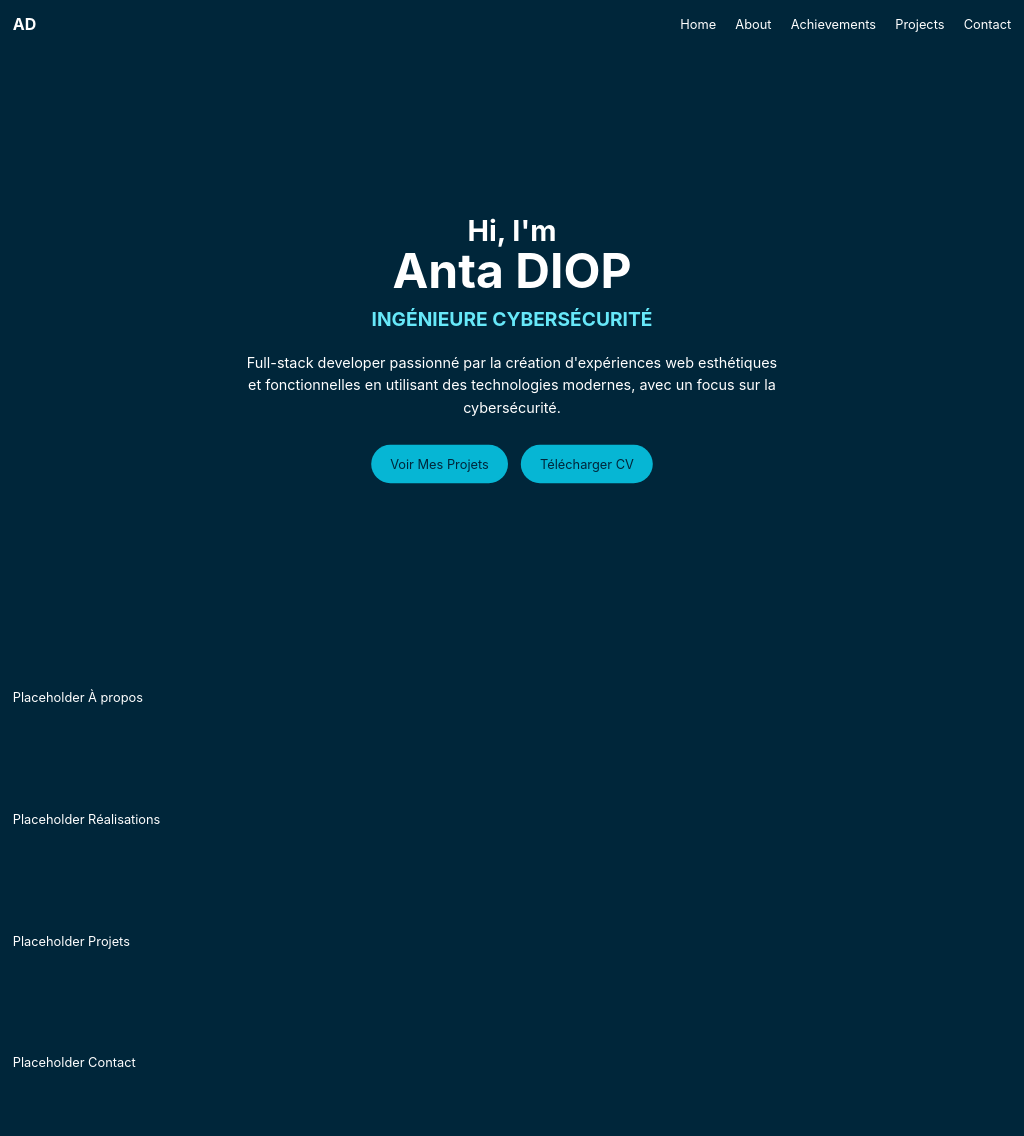
Repository: AntaaaKD/Mon-Portfolio
Page: /
The author's editor kept a copy of each file at every save. The page is drawn from the files as they stood at one save, then again after a run of saves.
The browser window is 1280 px wide. The pictures show the whole page, at 80% of full size.
The project was rebuilt for these pictures with package versions that can differ from the ones it lists, and the page was loaded fresh each time.

Above is the page before, as saved 2026-01-14 18:33:00.

### src/App.js
import React from 'react';
import Navbar from './components/Navbar';
import Home from './components/Home';  // Ajoute cet import

function App() {
  return (
    <div className="min-h-screen bg-custom-blue text-white">
      <Navbar />
      <main className="container mx-auto p-4">
        <Home />  {/* Remplace le placeholder */}
        <section id="about" className="py-16">Placeholder À propos</section>
        <section id="achievements" className="py-16">Placeholder Réalisations</section>
        <section id="projects" className="py-16">Placeholder Projets</section>
        <section id="contact" className="py-16">Placeholder Contact</section>
      </main>
    </div>
  );
}

export default App;

### src/components/Navbar.jsx
import React, { useState, useEffect } from 'react';

const Navbar = () => {
  const [scrolled, setScrolled] = useState(false);

  useEffect(() => {
    const handleScroll = () => {
      if (window.scrollY > 50) {
        setScrolled(true);
      } else {
        setScrolled(false);
      }
    };

    window.addEventListener('scroll', handleScroll);
    return () => window.removeEventListener('scroll', handleScroll);
  }, []);

  return (
    <nav
        className={`p-4 sticky top-0 z-10 transition-all duration-300 ${
            scrolled
            ? 'bg-custom-blue bg-opacity-0 backdrop-blur-md'  // Semi-transparent (30%) + blur fort
            : 'bg-custom-blue'  // Bleu solide au top
        }`}
    >
        <div className="container mx-auto flex justify-between items-center">
            <h1 className="text-xl font-bold text-blue">AD</h1>
            <ul className="flex space-x-6 text-white">
            <li><a href="#home" className="hover:text-cyan-300">Home</a></li>
            <li><a href="#about" className="hover:text-cyan-300">About</a></li>
            <li><a href="#achievements" className="hover:text-cyan-300">Achievements</a></li>
            <li><a href="#projects" className="hover:text-cyan-300">Projects</a></li>
            <li><a href="#contact" className="hover:text-cyan-300">Contact</a></li>
            </ul>
        </div>
    </nav>
  );
};

export default Navbar;

### src/components/Home.jsx
import React from 'react';

const Home = () => {
  return (
    <section id="home" className="flex flex-col items-center justify-center h-screen text-center px-4">
      <h1 className="text-4xl font-bold"> Hi, I'm</h1><h1 className="text-6xl font-bold bg-text-blue mb-4">Anta DIOP</h1>
      <h2 className="text-2xl font-bold text-cyan-300 mb-6">INGÉNIEURE CYBERSÉCURITÉ</h2>
      <p className="text-lg mb-8 max-w-2xl">Full-stack developer passionné par la création d'expériences web esthétiques et fonctionnelles en utilisant des technologies modernes, avec un focus sur la cybersécurité.</p>
      <div className="flex space-x-4">
        <a href="#projects" className="bg-cyan-500 text-custom-blue px-6 py-3 rounded-full hover:bg-cyan-400 transition">Voir Mes Projets</a>
        <a href="/cv.pdf" download className="bg-cyan-500 text-custom-blue px-6 py-3 rounded-full hover:bg-cyan-400 transition">Télécharger CV</a>
      </div>
    </section>
  );
};

export default Home;

### tailwind.config.js
/** @type {import('tailwindcss').Config} */
module.exports = {
  content: [
    "./src/**/*.{js,jsx,ts,tsx}",
  ],
  theme: {
    extend: {
      colors: {
        'custom-blue': 'rgb(0, 38, 58)',  // Ton bleu exact ici
        // 'text-blue': 'rgb(0, 128, 194)',
      },
    },
  },
  plugins: [],
};

Loaded but not shown: public/index.html (common file); src/index.js (common file); src/index.css (common file); src/reportWebVitals.js (common file)

After the next 8 saves:
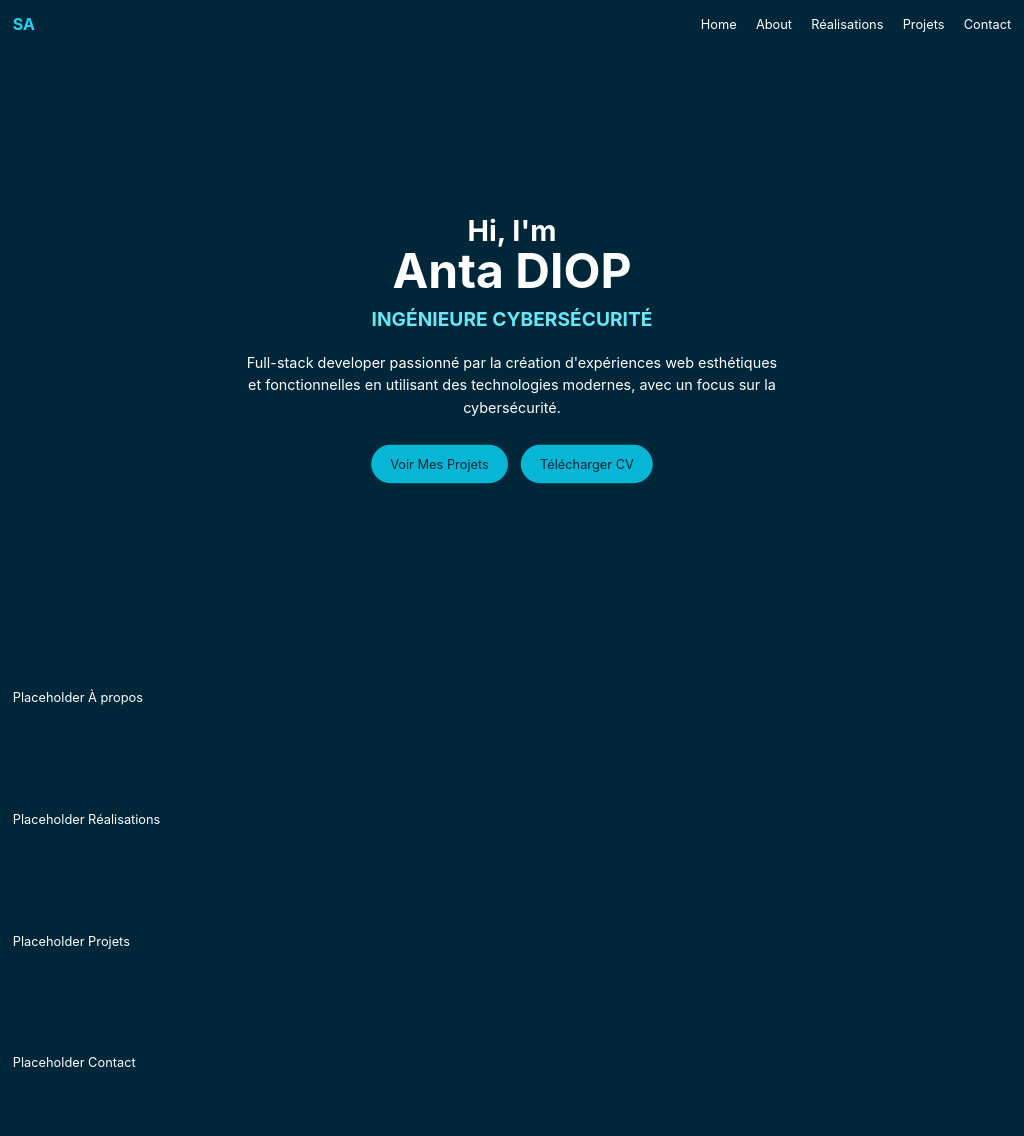
The 8 saves are shown as one change because they came seconds apart.
The last was saved 26 s later.
--- a/src/components/Navbar.jsx
+++ b/src/components/Navbar.jsx
@@ -25,12 +25,12 @@
         }`}
     >
         <div className="container mx-auto flex justify-between items-center">
-            <h1 className="text-xl font-bold text-blue">AD</h1>
+            <h1 className="text-xl font-bold text-cyan-400">SA</h1>
             <ul className="flex space-x-6 text-white">
             <li><a href="#home" className="hover:text-cyan-300">Home</a></li>
             <li><a href="#about" className="hover:text-cyan-300">About</a></li>
-            <li><a href="#achievements" className="hover:text-cyan-300">Achievements</a></li>
-            <li><a href="#projects" className="hover:text-cyan-300">Projects</a></li>
+            <li><a href="#achievements" className="hover:text-cyan-300">Réalisations</a></li>
+            <li><a href="#projects" className="hover:text-cyan-300">Projets</a></li>
             <li><a href="#contact" className="hover:text-cyan-300">Contact</a></li>
             </ul>
         </div>

After the save that followed:
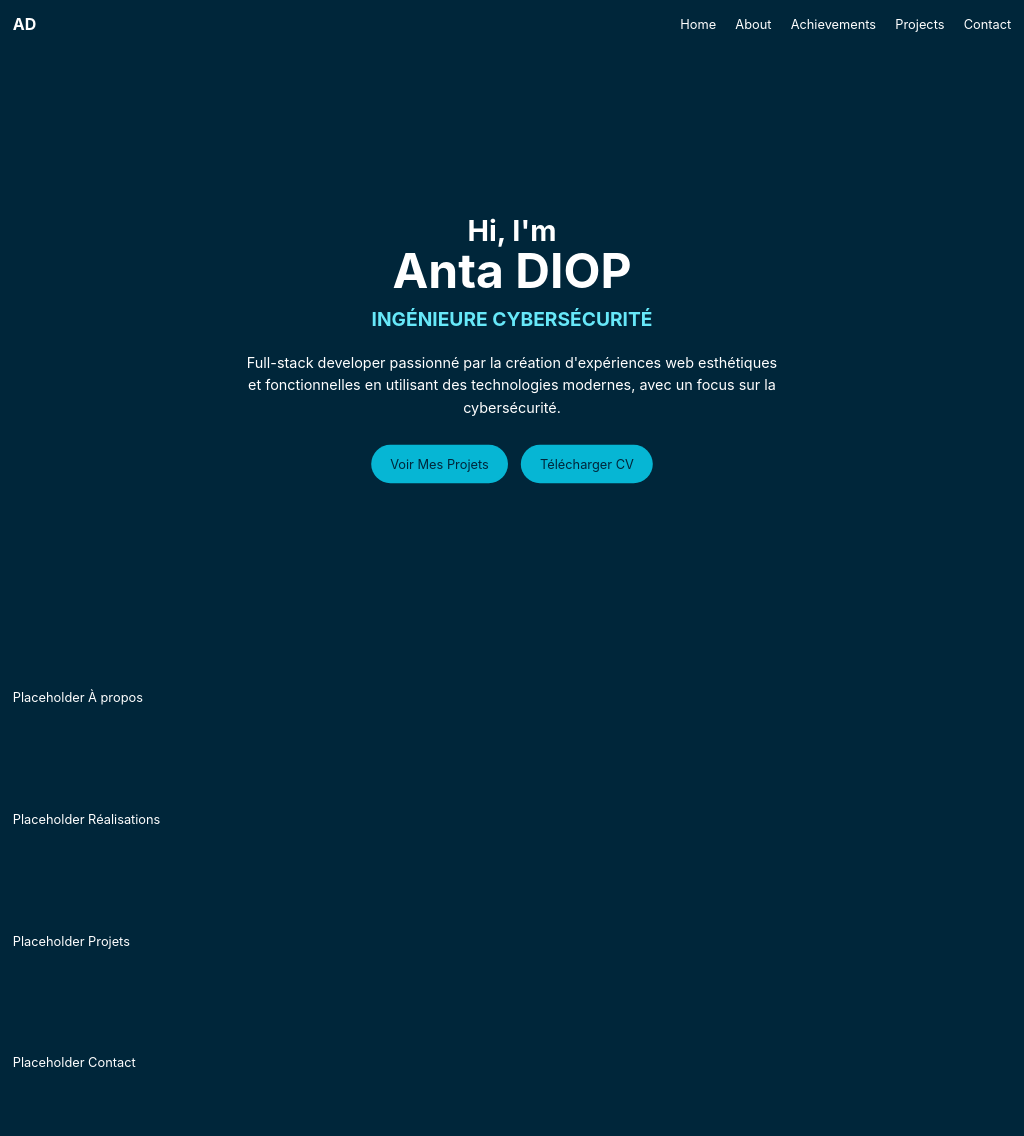
Saved 5 s later.
--- a/src/components/Navbar.jsx
+++ b/src/components/Navbar.jsx
@@ -25,12 +25,12 @@
         }`}
     >
         <div className="container mx-auto flex justify-between items-center">
-            <h1 className="text-xl font-bold text-cyan-400">SA</h1>
+            <h1 className="text-xl font-bold text-blue">AD</h1>
             <ul className="flex space-x-6 text-white">
             <li><a href="#home" className="hover:text-cyan-300">Home</a></li>
             <li><a href="#about" className="hover:text-cyan-300">About</a></li>
-            <li><a href="#achievements" className="hover:text-cyan-300">Réalisations</a></li>
-            <li><a href="#projects" className="hover:text-cyan-300">Projets</a></li>
+            <li><a href="#achievements" className="hover:text-cyan-300">Achievements</a></li>
+            <li><a href="#projects" className="hover:text-cyan-300">Projects</a></li>
             <li><a href="#contact" className="hover:text-cyan-300">Contact</a></li>
             </ul>
         </div>
